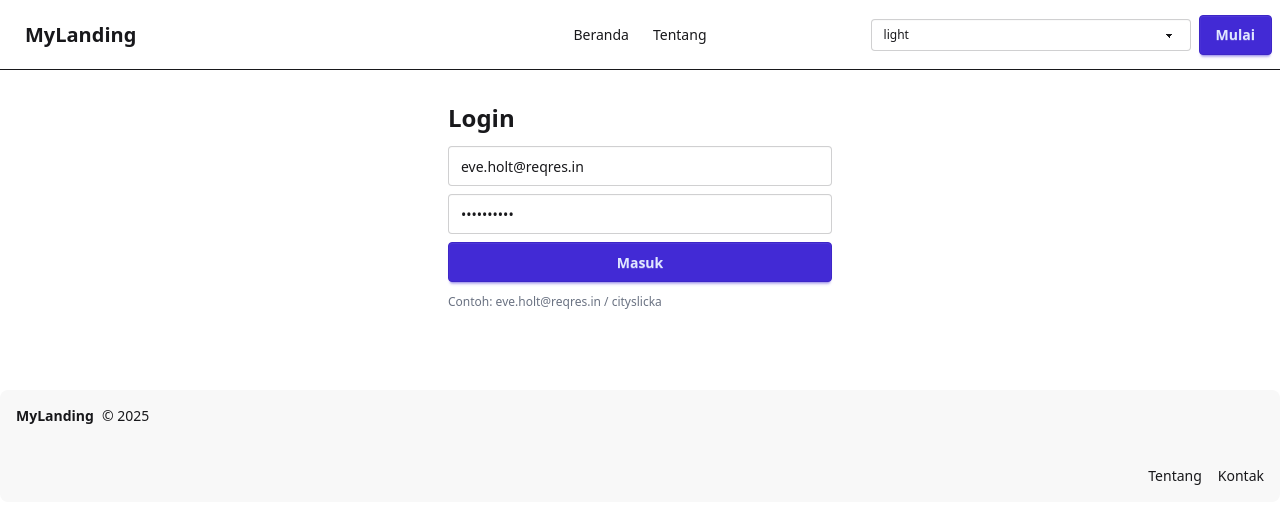
Repository: khulqu15/reactjs-learn
Page: /login (app in day3/)
An editor plug-in stored every save of this project. The page is shown before and after the next save, followed by the edit.
The browser window is 1280 px wide. The pictures show the whole page.
The project was rebuilt for these pictures with package versions that can differ from the ones it lists, and the page was loaded fresh each time. Also part of the build but not shown: day3/vite.config.js, day3/src/components/Hero.jsx, day3/src/pages/Home.jsx, day3/src/pages/About.jsx, day3/src/routes/ProtectedRoute.jsx, day3/src/pages/Weather.jsx.

Above is the page before, as saved 2025-09-25 00:10:49.

### day3/src/App.jsx
import { BrowserRouter, Routes, Route } from "react-router-dom";
import DefaultLayout from "./layouts/DefaultLayout";
import Home from "./pages/Home";
import About from "./pages/About";
import AuthProvider from "./context/AuthContext";
import ProtectedRoute from "./routes/ProtectedRoute";
import Login from "./pages/Login";
import Weather from "./pages/Weather";

export default function App() {
  return (
    <AuthProvider>
      <BrowserRouter>
        <Routes>
          <Route element={<DefaultLayout />}>
            <Route index element={<Home />} />
            <Route path="/about" element={<About />} />
            <Route path="/login" element={<Login />} />
            <Route path="/weather" element={
              <ProtectedRoute><Weather/></ProtectedRoute>
            } />
          </Route>
        </Routes>
      </BrowserRouter>
    </AuthProvider>
  );
}

### day3/src/layouts/DefaultLayout.jsx
import { Outlet } from "react-router-dom";
import Navbar from "../components/Navbar";
import Footer from "../components/Footer";

export default function DefaultLayout() {
  return (
    <div className="min-h-screen w-full bg-base-100 text-base-content">
      <Navbar />
      <main className="container mx-auto px-4 py-8">
        <Outlet />
      </main>
      <Footer />
    </div>
  );
}

### day3/src/context/AuthContext.jsx
import { createContext, useContext, useState } from "react";
const AuthCtx = createContext(null);
export const useAuth = () => useContext(AuthCtx);

export default function AuthProvider({ children }) {
  const [token, setToken] = useState(() => localStorage.getItem("token"));

  const login = (t) => { setToken(t); localStorage.setItem("token", t); };
  const logout = () => { setToken(null); localStorage.removeItem("token"); };

  return (
    <AuthCtx.Provider value={{ token, login, logout }}>
      {children}
    </AuthCtx.Provider>
  );
}

### day3/src/pages/Login.jsx
import { useState } from "react";
import api from "../lib/axios";
import { useAuth } from "../context/AuthContext";
import { useNavigate } from "react-router-dom";

export default function Login() {
  const [email, setEmail] = useState("eve.holt@reqres.in");
  const [password, setPassword] = useState("cityslicka");
  const [loading, setLoading] = useState(false);
  const [err, setErr] = useState("");
  const { login } = useAuth();
  const nav = useNavigate();

  async function onSubmit(e) {
    e.preventDefault(); setErr(""); setLoading(true);
    try {
      const { data } = await api.post("https://reqres.in/api/login", { email, password });
      login(data.token);
      nav("/weather");
    } catch (e) {
      setErr("Login gagal. Coba email/password contoh di atas.");
    } finally { setLoading(false); }
  }

  return (
    <div className="max-w-sm mx-auto space-y-3">
      <h1 className="text-2xl font-bold">Login</h1>
      <form onSubmit={onSubmit} className="space-y-2">
        <input className="input input-bordered w-full" placeholder="Email"
               value={email} onChange={e=>setEmail(e.target.value)} />
        <input className="input input-bordered w-full" placeholder="Password" type="password"
               value={password} onChange={e=>setPassword(e.target.value)} />
        <button className={`btn ${loading?'btn-disabled':'btn-primary'} w-full`}>
          {loading ? "..." : "Masuk"}
        </button>
      </form>
      {err && <div className="alert alert-error">{err}</div>}
      <p className="text-xs text-gray-500">Contoh: eve.holt@reqres.in / cityslicka</p>
    </div>
  );
}

### day3/src/components/Navbar.jsx
import { useState } from "react";
import { Link, NavLink } from "react-router-dom";
import ThemeToggle from "./ThemeToggle";

export default function Navbar() {
  const [open, setOpen] = useState(false);

  const linkClass = ({ isActive }) =>
    `px-3 py-2 rounded-lg ${isActive ? "bg-base-200" : "hover:bg-base-200"}`;

  return (
    <div className="navbar bg-base-100 border-b sticky top-0 z-40">
      <div className="navbar-start">
        <div className="dropdown">
          <button className="btn btn-ghost md:hidden" onClick={() => setOpen((v) => !v)} aria-label="Toggle menu">
            ☰
          </button>
          {open && (
            <ul className="menu menu-sm dropdown-content mt-3 z-[1] p-2 shadow bg-base-100 rounded-box w-52">
              <li><NavLink to="/" onClick={() => setOpen(false)} className={linkClass}>Beranda</NavLink></li>
              <li><NavLink to="/about" onClick={() => setOpen(false)} className={linkClass}>Tentang</NavLink></li>
            </ul>
          )}
        </div>

        <Link to="/" className="btn btn-ghost text-xl">MyLanding</Link>
      </div>

      <div className="navbar-center hidden md:flex">
        <ul className="menu menu-horizontal px-1">
          <li><NavLink to="/" className={linkClass}>Beranda</NavLink></li>
          <li><NavLink to="/about" className={linkClass}>Tentang</NavLink></li>
        </ul>
      </div>

      <div className="navbar-end gap-2">
        <ThemeToggle />
        <Link to="#contact" className="btn btn-primary">Mulai</Link>
      </div>
    </div>
  );
}

### day3/src/components/Footer.jsx
import { Link } from "react-router-dom";

export default function Footer() {
  return (
    <footer className="footer items-center p-4 mt-12 bg-base-200 text-base-content rounded-box">
      <aside className="items-center grid-flow-col">
        <span className="font-semibold">MyLanding</span>
        <p>© {new Date().getFullYear()}</p>
      </aside>
      <nav className="grid-flow-col gap-4 md:place-self-center md:justify-self-end">
        <Link className="link link-hover" to="/about">Tentang</Link>
        <a className="link link-hover" href="#contact">Kontak</a>
      </nav>
    </footer>
  );
}

### day3/src/lib/axios.js
import axios from "axios";

const api = axios.create({ timeout: 10000 });

api.interceptors.request.use((config) => {
  const token = localStorage.getItem("token");
  if (token) config.headers.Authorization = `Bearer ${token}`;
  return config;
});

export default api;

### day3/src/components/ThemeToggle.jsx
import { useEffect, useState } from "react";

const THEMES = ["light", "dark", "cupcake"];

export default function ThemeToggle({ className = "" }) {
  const [theme, setTheme] = useState(() => localStorage.getItem("theme") || "light");

  useEffect(() => {
    document.documentElement.setAttribute("data-theme", theme);
    localStorage.setItem("theme", theme);
  }, [theme]);

  return (
    <select
      className={`select select-bordered select-sm ${className}`}
      value={theme}
      onChange={(e) => setTheme(e.target.value)}
      aria-label="Pilih tema"
    >
      {THEMES.map((t) => (
        <option key={t} value={t}>{t}</option>
      ))}
    </select>
  );
}

Loaded but not shown: day3/index.html (common file); day3/src/main.jsx (common file); day3/src/index.css (common file)

After the next save:
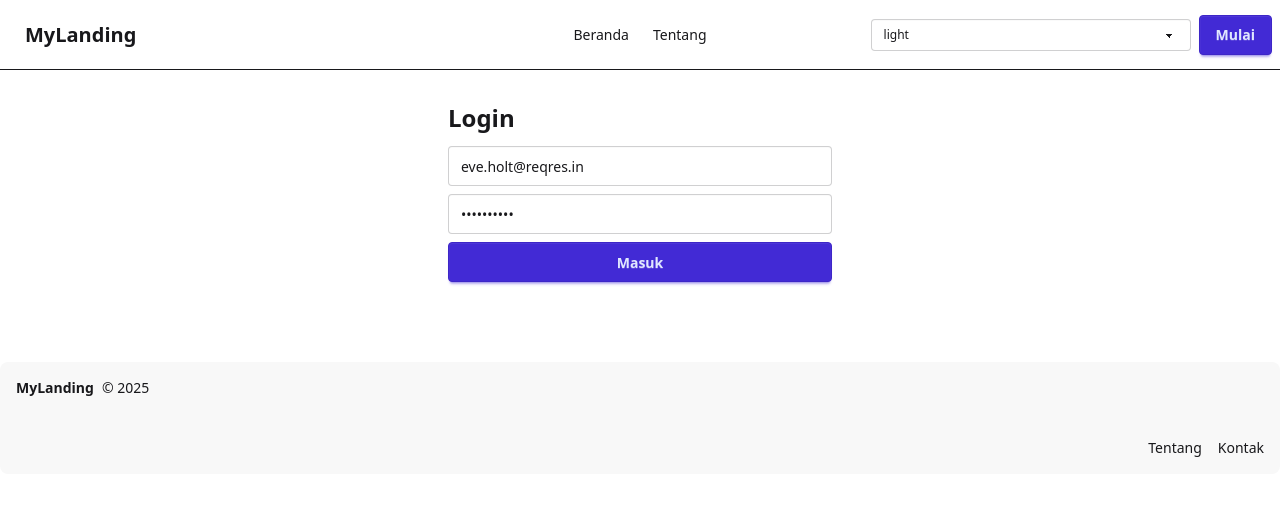
Saved 109 s later.
--- a/day3/src/pages/Login.jsx
+++ b/day3/src/pages/Login.jsx
@@ -35,7 +35,6 @@ export default function Login() {
         </button>
       </form>
       {err && <div className="alert alert-error">{err}</div>}
-      <p className="text-xs text-gray-500">Contoh: eve.holt@reqres.in / cityslicka</p>
     </div>
   );
 }
